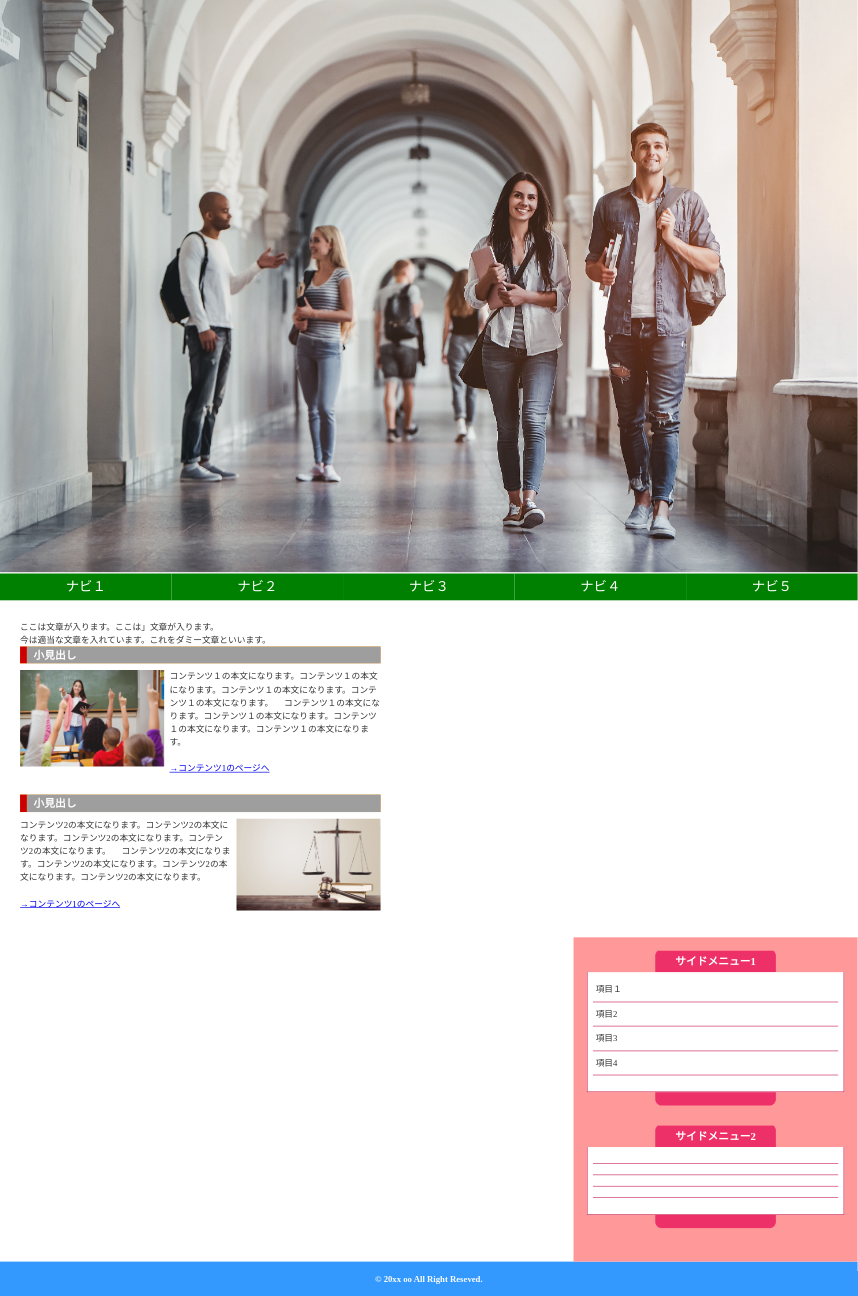
Repository: nekonoko114/samurai_HTML-CSS
Page: home.html
The author's editor kept a record of every edit. The page is drawn from the files as they stood at one moment, then again after the next edit.
The browser window is 1280 px wide. The pictures show the whole page, at 67% of full size.
Pictures or frames that could not be fetched are drawn as grey boxes.

Above is the page before.

After the next edit:
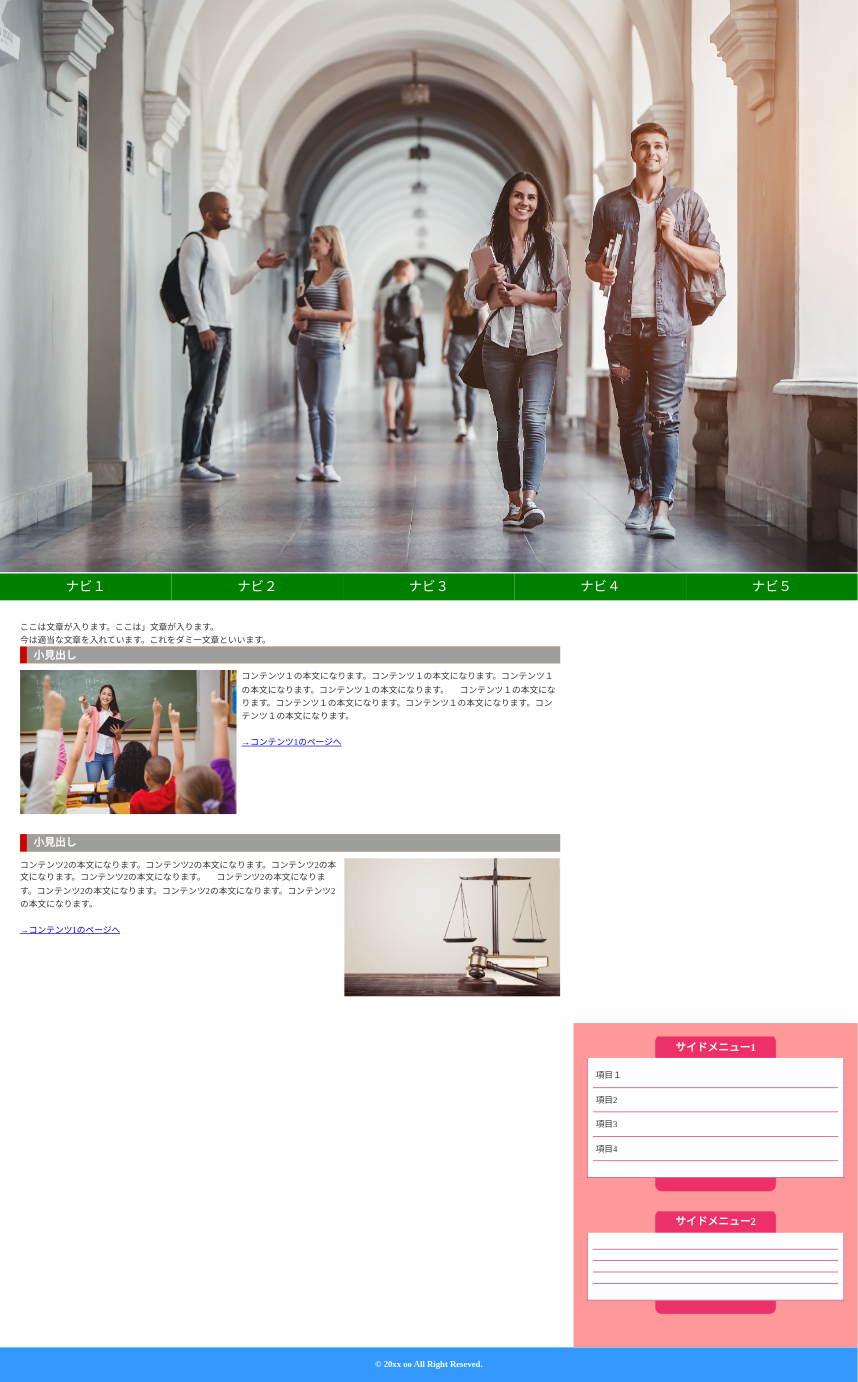
The edit:
--- a/stylesheet.css
+++ b/stylesheet.css
@@ -92,8 +92,8 @@
 
 /*----------------main---------------------*/
 #main {
-    float: left;
-    width: 60%;
+    /*float: left;*/
+    width: 90%;
     padding : 10px 30px 10px 30px;
 }
 
